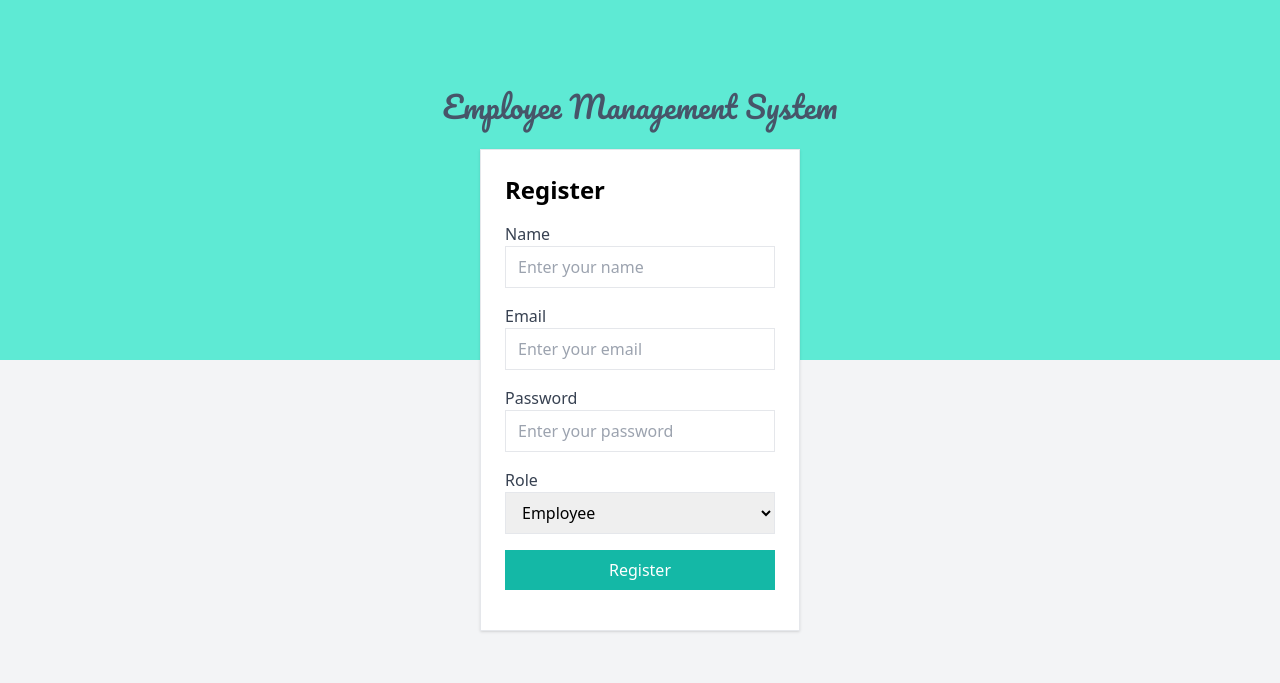
Repository: mohanmania/employeesystem
Page: /register (app in fullstack/)
An editor plug-in stored every save of this project. The page is shown before and after a run of saves, followed by the edit.
The browser window is 1280 px wide. The pictures show the whole page.
Some web fonts or font styles are not loaded; a fallback is used. The project was rebuilt for these pictures with package versions that can differ from the ones it lists, and the page was loaded fresh each time. Also part of the build but not shown: fullstack/vite.config.js, fullstack/src/pages/Login.jsx, fullstack/src/components/dashboard/AdminSidebar.jsx, fullstack/src/components/dashboard/Navbar.jsx, fullstack/src/components/dashboard/SummaryCard.jsx, fullstack/src/components/dashboard/AdminSummary.jsx, fullstack/src/pages/AdminDashboard.jsx, fullstack/src/pages/EmployeeDashboard.jsx and 9 more.

Above is the page before, as saved 2025-02-25 23:17:03.

### fullstack/index.html
<!DOCTYPE html>
<html lang="en">
  <head>
    <meta charset="UTF-8" />
    <link rel="icon" type="image/svg+xml" href="/vite.svg" />
    <meta name="viewport" content="width=device-width, initial-scale=1.0" />
    <title>EMS</title>
    <link rel="preconnect" href="https://fonts.googleapis.com">
    <link rel="preconnect" href="https://fonts.gstatic.com" crossorigin>
    <link href="https://fonts.googleapis.com/css2?family=Pacifico&family=Playwrite+VN:wght@100..400&display=swap" rel="stylesheet">

  </head>
  <body>
    <div id="root"></div>
    <script type="module" src="/src/main.jsx"></script>
  </body>
</html>

### fullstack/src/main.jsx
import { StrictMode } from 'react'
import { createRoot } from 'react-dom/client'
import './index.css'
import App from './App.jsx'
import AuthContext from './context/authContext.jsx'

createRoot(document.getElementById('root')).render(
  <AuthContext>
    <App />
  </AuthContext>
)

### fullstack/src/App.jsx
import "./App.css";
import { BrowserRouter, Routes, Route, Navigate } from "react-router-dom";
import Login from "./pages/Login";
import AdminDashboard from "./pages/AdminDashboard";
import EmployeeDashboard from "./pages/EmployeeDashboard";
import PrivateRoutes from "./utils/PrivateRoutes";
import RoleBaseRoutes from "./utils/RoleBaseRoutes";
import Register from "./pages/Register";
import { DepartmentList } from "./components/dashboard/department/DepartmentList";
import AdminSummary from "./components/dashboard/AdminSummary";
import AddDepartment from "./components/dashboard/department/AddDepartment";
import Editdepartment from "./components/dashboard/department/Editdepartment";
import Employelist from "./components/dashboard/employe/employelist";
import Addemp from "./components/dashboard/employe/Addemp";
function App() {
  return (
    <>
      <BrowserRouter>
        <Routes>
          <Route path="/" element={<Navigate to="/admin-dashboard" />} />
          <Route path="/login" element={<Login />} />
          <Route path="/register" element={<Register/>}/>
          <Route path="/employee-dashboard" element={<EmployeeDashboard />} />

          <Route
            path="/admin-dashboard"
            element={
              <PrivateRoutes>
                <RoleBaseRoutes requiredRole={["admin"]}>
                  <AdminDashboard />
                </RoleBaseRoutes>
              </PrivateRoutes>
            }
          >
          <Route index element={<AdminSummary/>}></Route>

          <Route path="/admin-dashboard/departments" element={<DepartmentList/>}></Route>
          <Route path="/admin-dashboard/add-new-department" element={<AddDepartment/>}></Route>
           <Route path="/admin-dashboard/department/:id" element={<Editdepartment/>}></Route>
           <Route path="admin-dashboard/employees" element={<Employelist/>}></Route>
         <Route path="/admin-dashboard/add-employee" element={<Addemp/>}></Route>

          </Route>
          <Route path="/employee-dashboard" element={<EmployeeDashboard/>}></Route>


        </Routes>
      </BrowserRouter>
    </>
  );
}

export default App;

### fullstack/src/context/authContext.jsx
import React, { createContext, useContext, useEffect, useState } from "react";
import { useNavigate } from "react-router-dom";
import axios from "axios";

const UserContext = createContext();

function AuthContext({ children }) {
  const [user, setUser] = useState(null);
  const [error, setError] = useState(null);
  const [loading,setLoading] = useState(false)

  useEffect(() => {
    const verifyUser = async () => {
      try {
        const token = localStorage.getItem("token");
        if (token) {
          const response = await axios.get(
            "https://employeesystem-zkpz.vercel.app/api/auth/verify",
            {
              headers: {
                Authorization: `Bearer ${token}`,
              },
            }
          );
          console.log(response)
          if (response.data.success) {
            setUser(response.data.user);
          }
        } else {
         setUser(null)
         setLoading(false)
        }
      } catch (error) {
        console.log(error)
        if (error.response && !error.response.data.success) {

        }
      }
      finally{
        setLoading(false)
      }
    };

    verifyUser();
  }, []);

  const login = (user) => {
    setUser(user);
  };

  const logout = () => {
    setUser(null);
    localStorage.removeItem("token");
  };

  return (
    <UserContext.Provider value={{ user, login, logout, loading }}>
      {children}
    </UserContext.Provider>
  );
}

export const useAuth = () => useContext(UserContext);

export default AuthContext;

### fullstack/src/pages/Register.jsx
import React, { useState } from "react";
import axios from "axios";
import { useNavigate } from "react-router-dom";

function Register() {
  const navigate = useNavigate();
  const [register, setRegister] = useState({
    name: "",
    email: "",
    password: "",
    role: "employee", // Default role as 'employee'
  });

  const [error, setError] = useState(null);

  const handleChange = (e) => {
    setRegister({ ...register, [e.target.name]: e.target.value });
  };

  const handleSubmit = async (e) => {
    e.preventDefault();

    try {
      const response = await axios.post("https://employeesystem-zkpz.vercel.app/api/auth/register", JSON.stringify(register), {
        headers: {
          "Content-Type": "application/json",
        },
      });

      if (response.data.success) {
        navigate("/login");
      } else {
        setError(response.data.error);
      }
    } catch (error) {
      console.error("Registration error:", error);
      setError("An error occurred while registering. Please try again.");
    }
  };

  return (
    <div className="flex flex-col items-center h-screen justify-center bg-gradient-to-b from-teal-300 from-50% to-gray-100 to-50% space-y-6">
      <h2 className="font-pacific text-3xl text-slate-600">Employee Management System</h2>
      <div className="border shadow p-6 w-80 bg-white">
        <h2 className="text-2xl font-bold mb-4">Register</h2>
        {error && <p className="text-red-500">{error}</p>}
        <form onSubmit={handleSubmit}>
          <div className="mb-4">
            <label htmlFor="name" className="block text-gray-700">Name</label>
            <input
              type="text"
              name="name"
              placeholder="Enter your name"
              className="w-full px-3 py-2 border"
              onChange={handleChange}
            />
          </div>
          <div className="mb-4">
            <label htmlFor="email" className="block text-gray-700">Email</label>
            <input
              type="email"
              name="email"
              placeholder="Enter your email"
              className="w-full px-3 py-2 border"
              onChange={handleChange}
            />
          </div>
          <div className="mb-4">
            <label htmlFor="password" className="block text-gray-700">Password</label>
            <input
              type="password"
              name="password"
              placeholder="Enter your password"
              className="w-full px-3 py-2 border"
              onChange={handleChange}
            />
          </div>
          <div className="mb-4">
            <label htmlFor="role" className="block text-gray-700">Role</label>
            <select
              name="role"
              className="w-full px-3 py-2 border"
              onChange={handleChange}
              value={register.role}
            >
              <option value="employee">Employee</option>
              <option value="admin">Admin</option>
            </select>
          </div>
          <div className="mb-4">
            <button type="submit" className="w-full bg-teal-500 text-white py-2">Register</button>
          </div>
          <p></p>
        </form>
      </div>
    </div>
  );
}

export default Register;

### fullstack/tailwind.config.js
/** @type {import('tailwindcss').Config} */
export default {
  content: [
    "./index.html",
    "./src/**/*.{js,ts,jsx,tsx}",
  ],
  theme: {
    extend: {
      fontFamily:{
        "pacific":["pacifico","sans-serif"]
      },
    },
  },
  plugins: [],
}

Loaded but not shown: fullstack/src/index.css (common file); fullstack/src/App.css (no stored copy; drawn as an empty file)

After the next 4 saves:
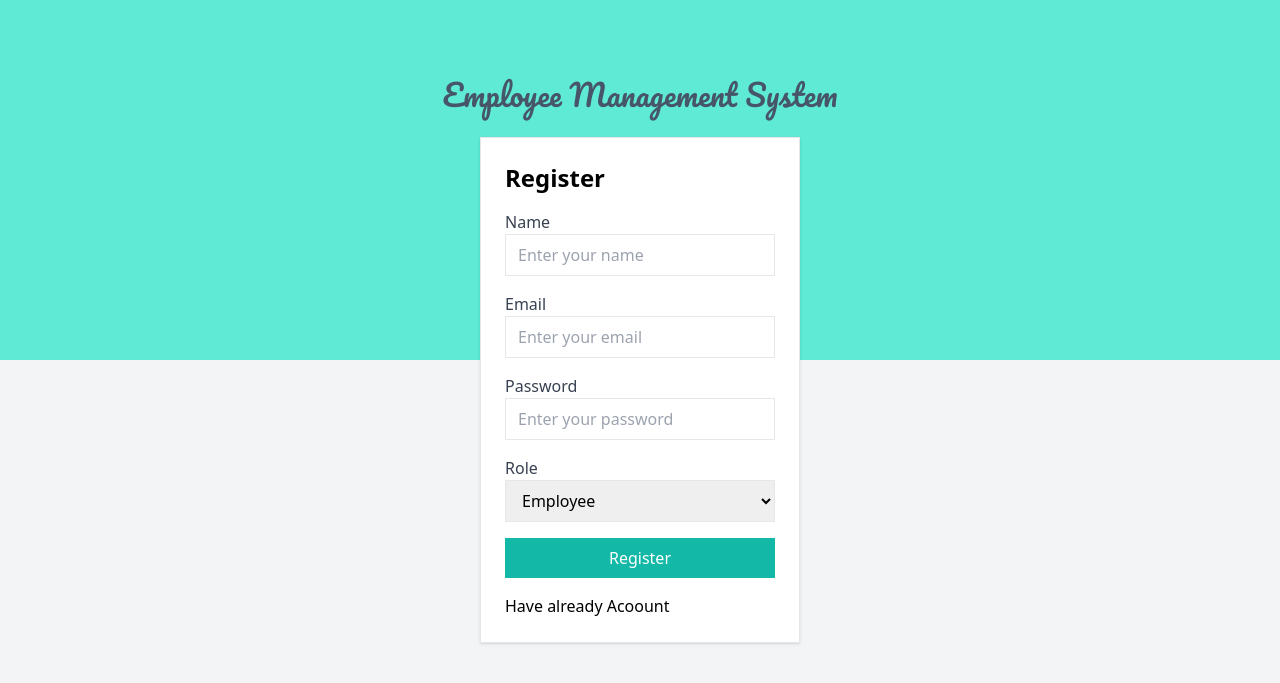
The 4 saves are shown as one change because they came seconds apart.
The last was saved 15 s later.
--- a/fullstack/src/pages/Register.jsx
+++ b/fullstack/src/pages/Register.jsx
@@ -1,6 +1,6 @@
 import React, { useState } from "react";
 import axios from "axios";
-import { useNavigate } from "react-router-dom";
+import { Link, useNavigate } from "react-router-dom";
 
 function Register() {
   const navigate = useNavigate();
@@ -90,7 +90,7 @@ function Register() {
           <div className="mb-4">
             <button type="submit" className="w-full bg-teal-500 text-white py-2">Register</button>
           </div>
-          <p></p>
+          <p>Have already Acoount <Link to="/"></Link></p>
         </form>
       </div>
     </div>
